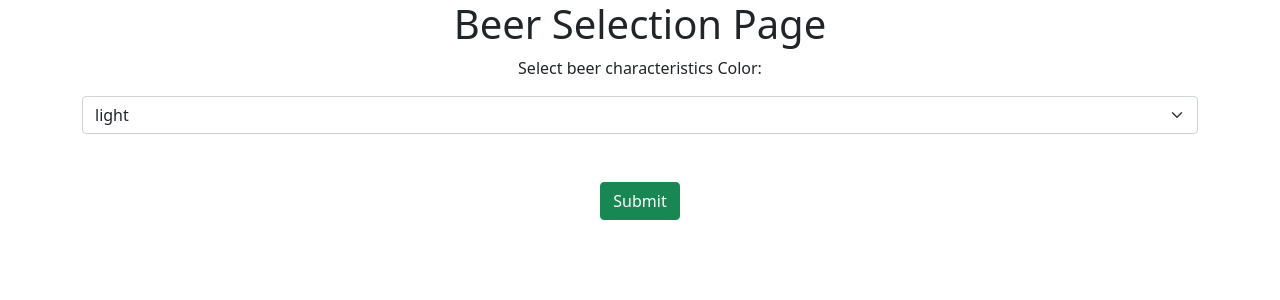
Repository: vedang03/servlet-jsp
Page: http://localhost/10-beer-app/beerSelect.jsp
An editor plug-in stored every save of this project. The page is shown before and after the next save, followed by the edit.
The browser window is 1280 px wide. The pictures show the whole page.
The page is served by Tomcat 9.

Above is the page before, as saved 2023-10-14 15:38:48.

After the next save:
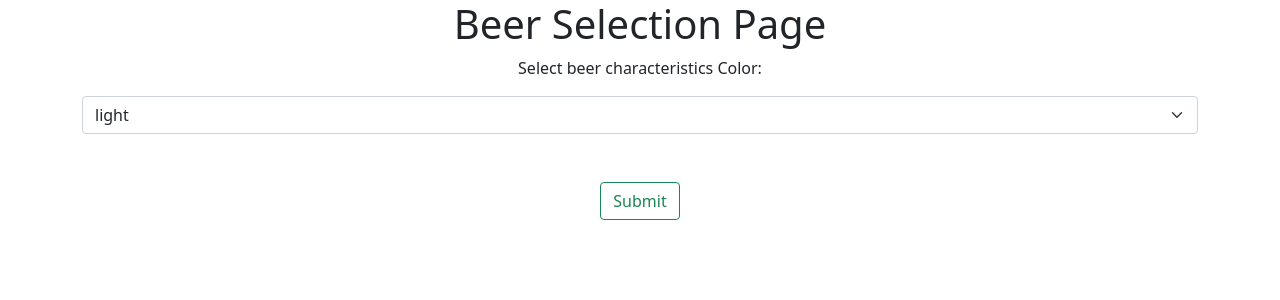
Saved 15 s later.
--- a/10-beer-app/WebContent/beerSelect.jsp
+++ b/10-beer-app/WebContent/beerSelect.jsp
@@ -33,7 +33,7 @@ Color:
 </center>
 <br><br>
 <center>
-<input type="SUBMIT" class="btn btn-success">
+<input type="SUBMIT" class="btn btn-outline-success">
 </center>
 </form>
 </body>
